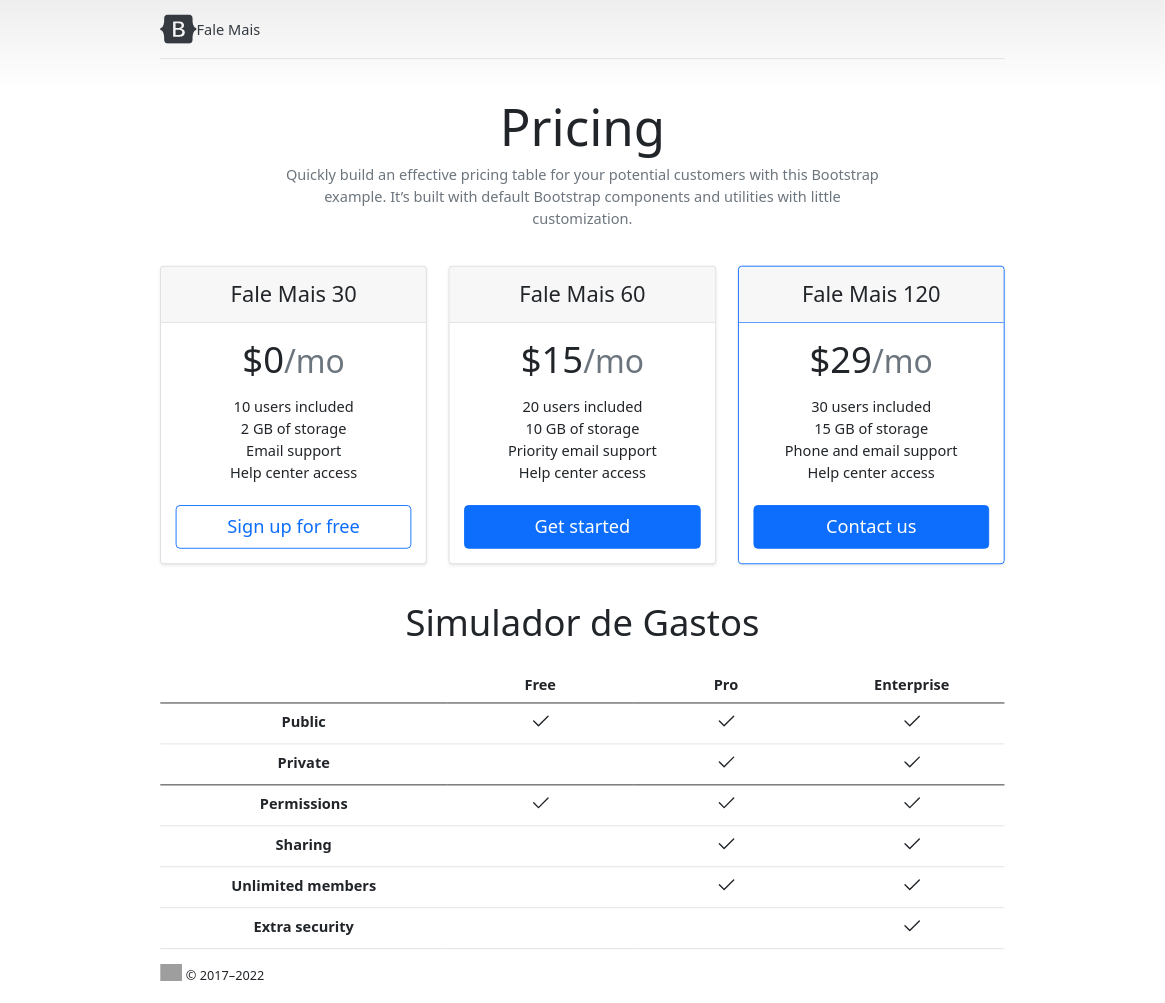
Repository: JuniorMagalhaesDeAlcantara/Fale-Mais
Page: src/resource/index.html
The author's editor kept a copy of each file at every save. The page is drawn from the files as they stood at one save, then again after the next save.
The browser window is 1280 px wide. The pictures show the whole page, at 91% of full size.
Pictures or frames that could not be fetched are drawn as grey boxes.

Above is the page before, as saved 2022-08-02 14:47:29.

After the next save:
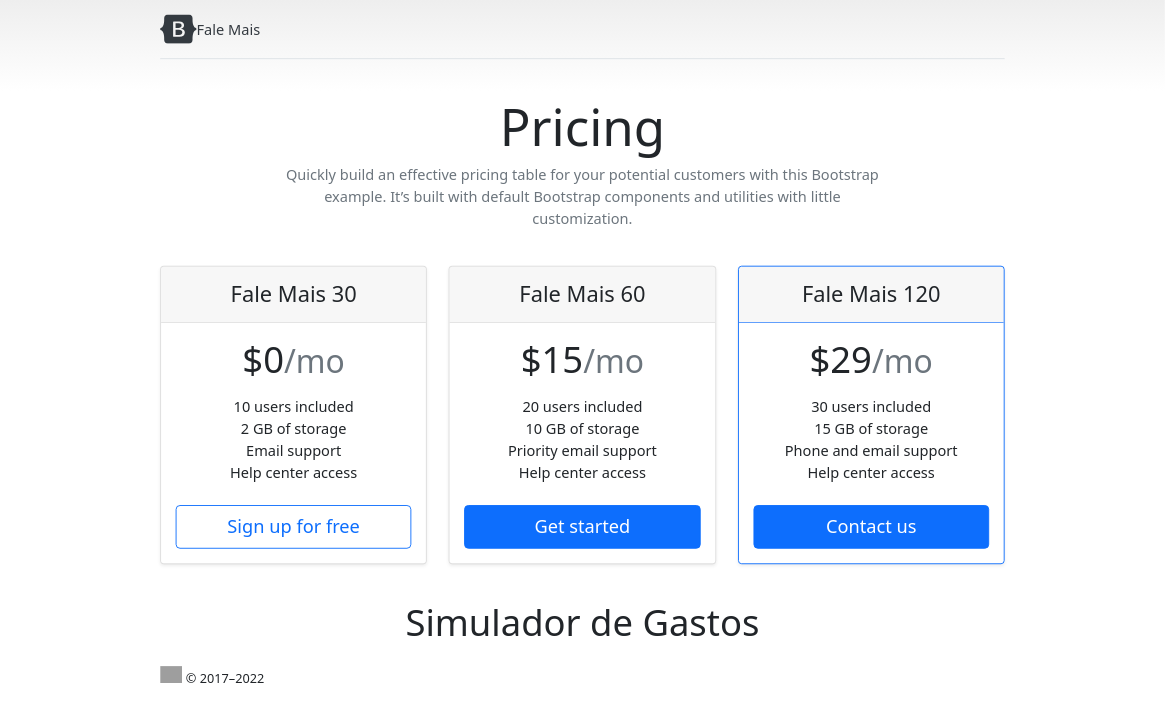
Saved 33 s later.
--- a/src/resource/index.html
+++ b/src/resource/index.html
@@ -95,59 +95,7 @@
 
       <h2 class="display-6 text-center mb-4">Simulador de Gastos</h2>
 
-      <div class="table-responsive">
-        <table class="table text-center">
-          <thead>
-            <tr>
-              <th style="width: 34%;"></th>
-              <th style="width: 22%;">Free</th>
-              <th style="width: 22%;">Pro</th>
-              <th style="width: 22%;">Enterprise</th>
-            </tr>
-          </thead>
-          <tbody>
-            <tr>
-              <th scope="row" class="text-start">Public</th>
-              <td><svg class="bi" width="24" height="24"><use xlink:href="#check"/></svg></td>
-              <td><svg class="bi" width="24" height="24"><use xlink:href="#check"/></svg></td>
-              <td><svg class="bi" width="24" height="24"><use xlink:href="#check"/></svg></td>
-            </tr>
-            <tr>
-              <th scope="row" class="text-start">Private</th>
-              <td></td>
-              <td><svg class="bi" width="24" height="24"><use xlink:href="#check"/></svg></td>
-              <td><svg class="bi" width="24" height="24"><use xlink:href="#check"/></svg></td>
-            </tr>
-          </tbody>
 
-          <tbody>
-            <tr>
-              <th scope="row" class="text-start">Permissions</th>
-              <td><svg class="bi" width="24" height="24"><use xlink:href="#check"/></svg></td>
-              <td><svg class="bi" width="24" height="24"><use xlink:href="#check"/></svg></td>
-              <td><svg class="bi" width="24" height="24"><use xlink:href="#check"/></svg></td>
-            </tr>
-            <tr>
-              <th scope="row" class="text-start">Sharing</th>
-              <td></td>
-              <td><svg class="bi" width="24" height="24"><use xlink:href="#check"/></svg></td>
-              <td><svg class="bi" width="24" height="24"><use xlink:href="#check"/></svg></td>
-            </tr>
-            <tr>
-              <th scope="row" class="text-start">Unlimited members</th>
-              <td></td>
-              <td><svg class="bi" width="24" height="24"><use xlink:href="#check"/></svg></td>
-              <td><svg class="bi" width="24" height="24"><use xlink:href="#check"/></svg></td>
-            </tr>
-            <tr>
-              <th scope="row" class="text-start">Extra security</th>
-              <td></td>
-              <td></td>
-              <td><svg class="bi" width="24" height="24"><use xlink:href="#check"/></svg></td>
-            </tr>
-          </tbody>
-        </table>
-      </div>
     </main>
 
     <footer class=" blog-footer">
